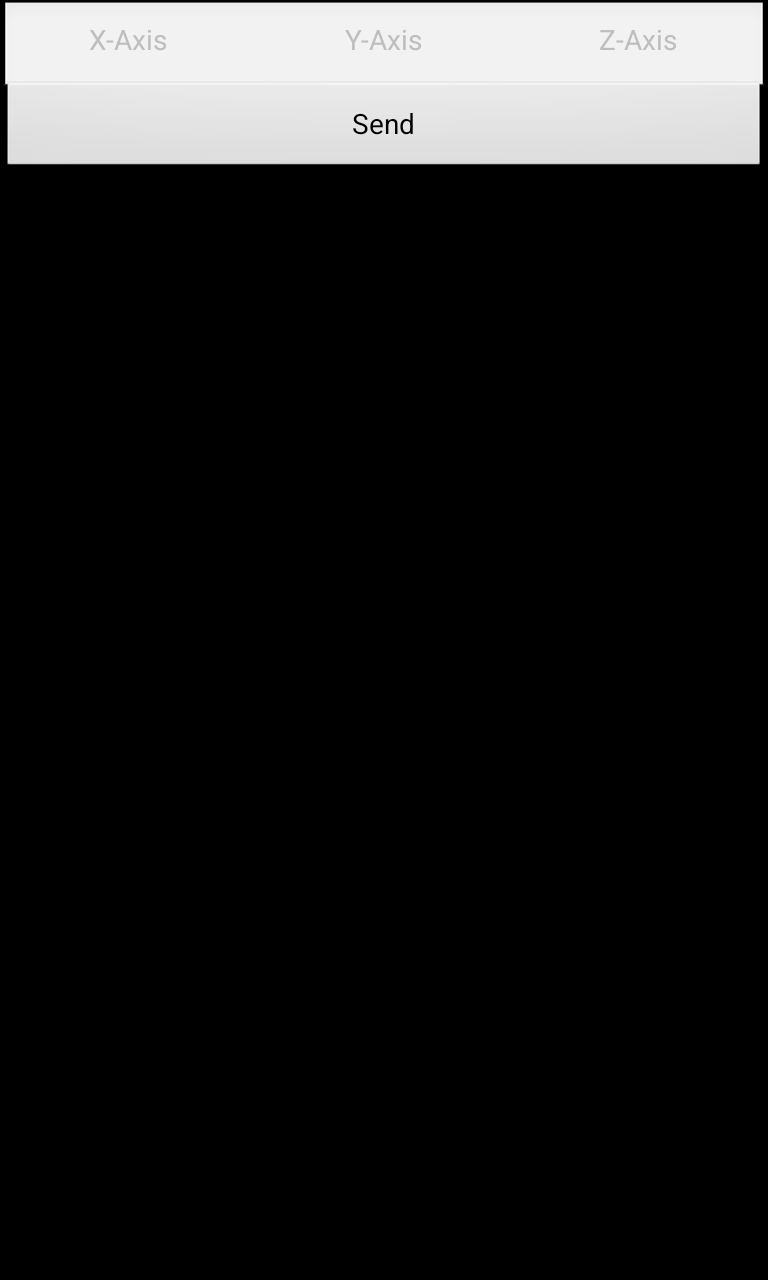
Repository: faithful91/Robot_Project
Layout: RemoteBluetooth/res/layout/main.xml
An editor plug-in stored every save of this project. The layout is shown before and after the next save, followed by the edit.
It is drawn on a 768 x 1280 px phone screen (xhdpi) without system bars, with theme android:Theme; the app's code is not run.

Above is the layout before, as saved 2014-03-04 15:38:07.

### RemoteBluetooth/res/layout/main.xml
<RelativeLayout xmlns:android="http://schemas.android.com/apk/res/android"
    xmlns:tools="http://schemas.android.com/tools"
    android:layout_width="match_parent"
    android:layout_height="match_parent"

    tools:context=".AndroidClient" >

    <TextView
    android:layout_width="fill_parent"
    android:layout_height="wrap_content"
    />
<EditText
    android:id="@+id/textout1"
    android:layout_width="fill_parent"
    android:layout_height="wrap_content"
    />
<TextView
    android:id="@+id/textin"
    android:layout_width="fill_parent"
    android:layout_height="wrap_content"
    />

<Button
    android:id="@+id/send"
    android:layout_width="fill_parent"
    android:layout_height="wrap_content"
    android:layout_alignParentRight="true"
    android:layout_below="@+id/textout"
    android:layout_marginTop="40dp"
    android:text="Send" />

<TableLayout
		android:paddingTop="10dip"
		android:layout_width="fill_parent"
		android:layout_height="wrap_content"
		android:stretchColumns="*">
		<TableRow>
			<TextView
	    		android:layout_width="wrap_content"
	    		android:layout_height="wrap_content"
	    		android:textSize="14sp"
	    		android:text="X-Axis"
	    		android:gravity="center"/>
	    	<TextView
	    		android:layout_width="wrap_content"
	    		android:layout_height="wrap_content"
	    		android:textSize="14sp"
	    		android:text="Y-Axis"
	    		android:gravity="center"/>
	    	<TextView
	    		android:layout_width="wrap_content"
	    		android:layout_height="wrap_content"
	    		android:textSize="14sp"
	    		android:text="Z-Axis"
	    		android:gravity="center"/>
		</TableRow>
		<TableRow>
			<TextView
	    		android:layout_width="wrap_content"
	    		android:layout_height="wrap_content"
	    		android:id="@+id/x_axis"
	    		android:gravity="center"/>
	    	<TextView
	    		android:layout_width="wrap_content"
	    		android:layout_height="wrap_content"
	    		android:id="@+id/y_axis"
	    		android:gravity="center"/>
	    	<TextView
	    		android:layout_width="wrap_content"
	    		android:layout_height="wrap_content"
	    		android:id="@+id/z_axis"
	    		android:gravity="center"/>
		</TableRow>
	</TableLayout>

</RelativeLayout>

After the next save:
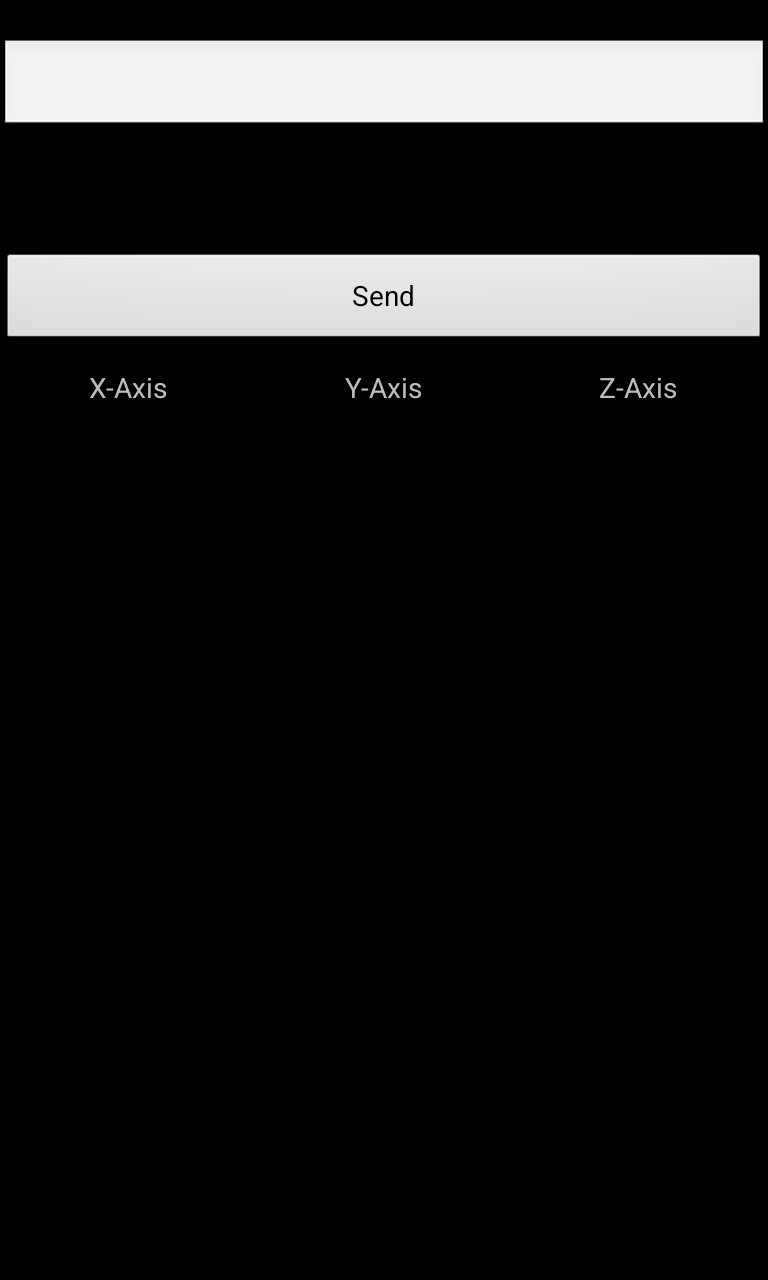
Saved 22 s later.
--- a/RemoteBluetooth/res/layout/main.xml
+++ b/RemoteBluetooth/res/layout/main.xml
@@ -1,11 +1,12 @@
-<RelativeLayout xmlns:android="http://schemas.android.com/apk/res/android"
-    xmlns:tools="http://schemas.android.com/tools"
-    android:layout_width="match_parent"
-    android:layout_height="match_parent"
+<?xml version="1.0" encoding="utf-8"?>
+<LinearLayout xmlns:android="http://schemas.android.com/apk/res/android"
+    android:orientation="vertical"
+    android:layout_width="fill_parent"
+    android:layout_height="fill_parent"
+    >
 
-    tools:context=".AndroidClient" >
 
-    <TextView
+      <TextView
     android:layout_width="fill_parent"
     android:layout_height="wrap_content"
     />
@@ -72,5 +73,4 @@
 	    		android:gravity="center"/>
 		</TableRow>
 	</TableLayout>
-
-</RelativeLayout>
+</LinearLayout>
